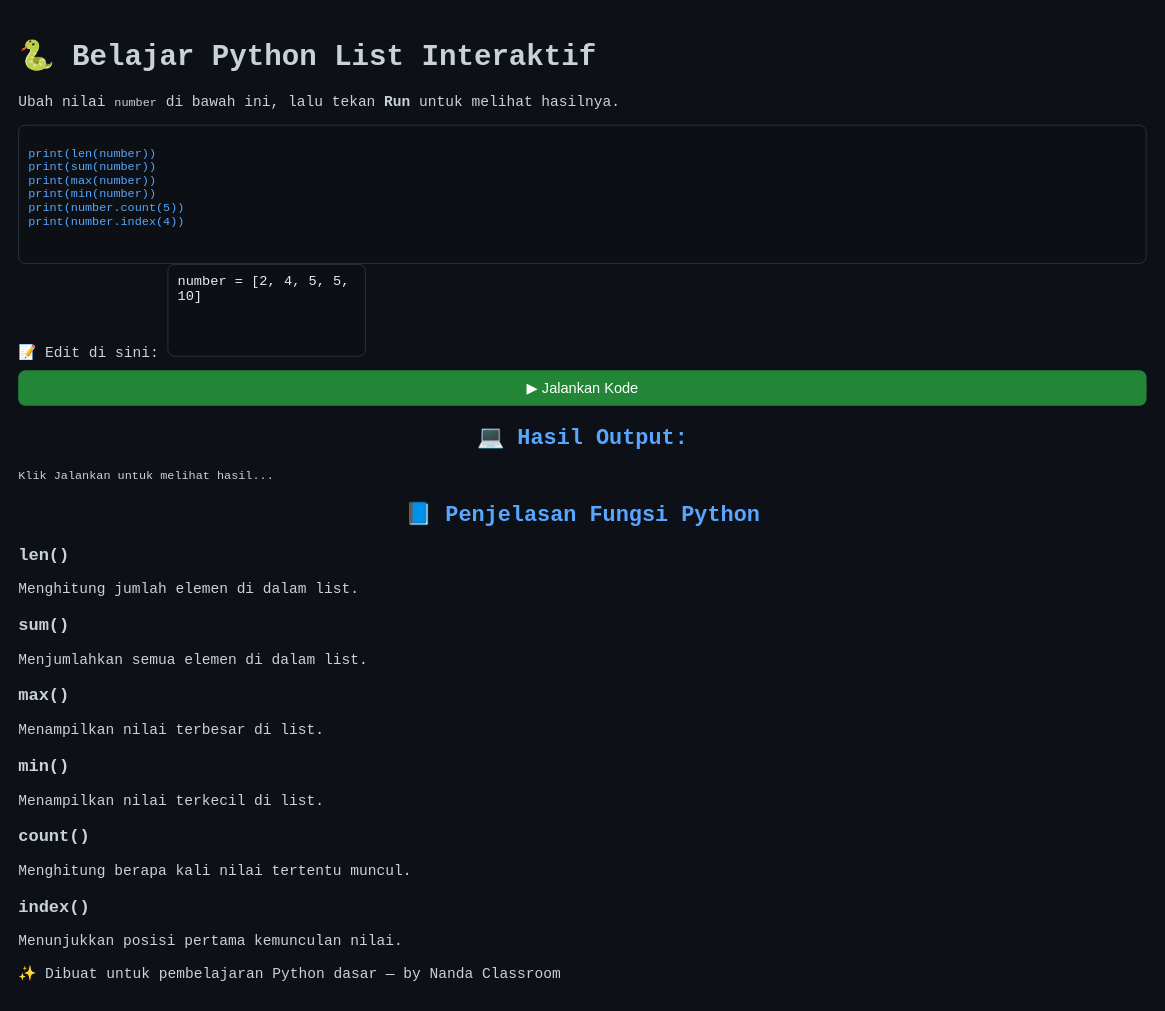
Repository: smkmutipugademak/Array
Page: index.html
These files come from the project's save history. The page is drawn as it stood at one moment and after the next save; the edit follows.
The browser window is 1280 px wide. The pictures show the whole page, at 91% of full size.

Above is the page before, as saved 2025-11-11 04:33:17.

### index.html
<!DOCTYPE html>
<html lang="id">

<head>
    <meta charset="UTF-8">
    <meta name="viewport" content="width=device-width, initial-scale=1.0">
    <title>Kelas Interaktif Python - Belajar List</title>
    <link rel="stylesheet" href="style.css">
</head>

<body>
    <div class="app-container">
        <header>
            <h1>🐍 Belajar Python List Interaktif</h1>
            <p>Ubah nilai <code>number</code> di bawah ini, lalu tekan <b>Run</b> untuk melihat hasilnya.</p>
        </header>

        <section class="editor-section">
            <div class="code-wrapper">
                <div class="readonly-code">
                    <pre>
print(len(number))
print(sum(number))
print(max(number))
print(min(number))
print(number.count(5))
print(number.index(4))
          </pre>
                </div>

                <div class="editable-area">
                    <label for="editable">📝 Edit di sini:</label>
                    <textarea id="editable">number = [2, 4, 5, 5, 10]</textarea>
                </div>
            </div>

            <button id="runBtn">▶ Jalankan Kode</button>
        </section>

        <section class="output-section">
            <h2>💻 Hasil Output:</h2>
            <pre id="output">Klik Jalankan untuk melihat hasil...</pre>
        </section>

        <section class="learning-section">
            <h2>📘 Penjelasan Fungsi Python</h2>
            <div class="info-grid">
                <div class="card">
                    <h3>len()</h3>
                    <p>Menghitung jumlah elemen di dalam list.</p>
                </div>
                <div class="card">
                    <h3>sum()</h3>
                    <p>Menjumlahkan semua elemen di dalam list.</p>
                </div>
                <div class="card">
                    <h3>max()</h3>
                    <p>Menampilkan nilai terbesar di list.</p>
                </div>
                <div class="card">
                    <h3>min()</h3>
                    <p>Menampilkan nilai terkecil di list.</p>
                </div>
                <div class="card">
                    <h3>count()</h3>
                    <p>Menghitung berapa kali nilai tertentu muncul.</p>
                </div>
                <div class="card">
                    <h3>index()</h3>
                    <p>Menunjukkan posisi pertama kemunculan nilai.</p>
                </div>
            </div>
        </section>

        <footer>
            <p>✨ Dibuat untuk pembelajaran Python dasar — by Nanda Classroom</p>
        </footer>
    </div>

    <script src="https://cdn.jsdelivr.net/pyodide/v0.24.1/full/pyodide.mjs" type="module"></script>
    <script type="module" src="script.js"></script>
</body>

</html>

### style.css
body {
    background-color: #0d1117;
    color: #c9d1d9;
    font-family: 'Fira Code', monospace;
    margin: 0;
    padding: 20px;
}

.container {
    max-width: 800px;
    margin: auto;
    background: #161b22;
    padding: 20px;
    border-radius: 12px;
    box-shadow: 0 0 20px #00000055;
}

h2 {
    text-align: center;
    color: #58a6ff;
}

.editor-box {
    display: flex;
    flex-direction: column;
    gap: 10px;
    margin-top: 15px;
}

.readonly-code {
    background: #0c0f13;
    padding: 10px;
    border-radius: 8px;
    border: 1px solid #30363d;
    color: #58a6ff;
}

textarea {
    background: #0c0f13;
    color: #e6edf3;
    border: 1px solid #30363d;
    border-radius: 8px;
    padding: 10px;
    height: 80px;
    resize: none;
    font-family: 'Fira Code', monospace;
    font-size: 15px;
}

button {
    display: block;
    width: 100%;
    background: #238636;
    color: white;
    border: none;
    padding: 10px;
    border-radius: 8px;
    font-size: 16px;
    margin-top: 10px;
    cursor: pointer;
    transition: 0.3s;
}

button:hover {
    background: #2ea043;
}

.output-box {
    background: #0c0f13;
    border: 1px solid #30363d;
    border-radius: 8px;
    padding: 10px;
    margin-top: 20px;
}

.explanation {
    background: #1a1f27;
    padding: 15px;
    border-radius: 8px;
    margin-top: 20px;
    border-left: 4px solid #58a6ff;
}

### script.js
document.getElementById("runBtn").addEventListener("click", () => {
    const userCode = document.getElementById("editable").value;
    const baseCode = `
${userCode}
print(len(number))
print(sum(number))
print(max(number))
print(min(number))
print(number.count(5))
print(number.index(4))
`;

    runPython(baseCode);
});

async function runPython(code) {
    const output = document.getElementById("output");
    output.textContent = "⏳ Menjalankan kode...";

    try {
        // Gunakan Pyodide (Python di browser)
        if (!window.pyodide) {
            output.textContent = "🔄 Memuat Python...";
            window.pyodide = await loadPyodide();
        }

        let result = await window.pyodide.runPythonAsync(code);
        output.textContent = result || "✅ Kode berhasil dijalankan tanpa output tambahan.";
    } catch (err) {
        output.textContent = "❌ Error:\n" + err;
    }
}

// Load Pyodide
import("https://cdn.jsdelivr.net/pyodide/v0.24.1/full/pyodide.mjs");

After the next save:
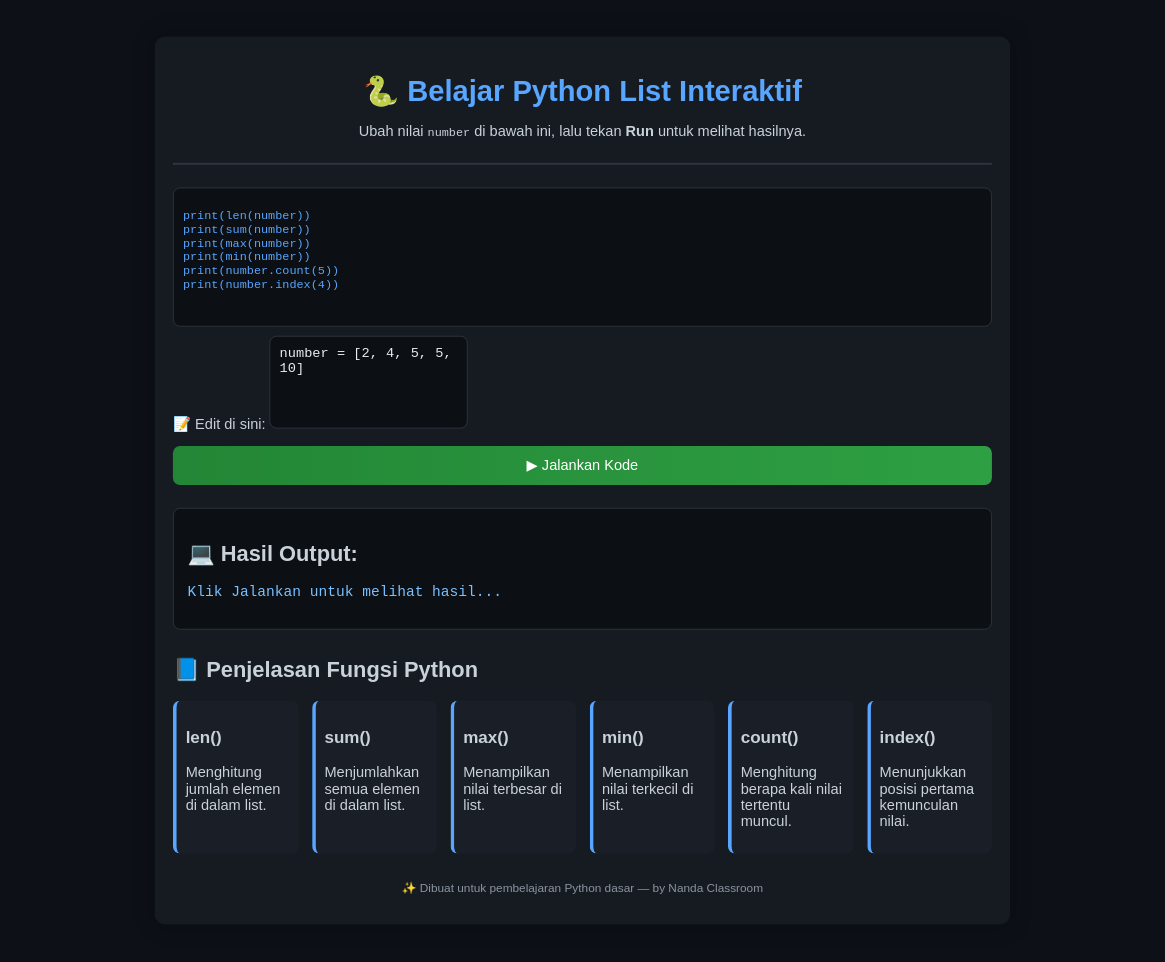
Saved 11 s later.
--- a/style.css
+++ b/style.css
@@ -1,82 +1,122 @@
 body {
+    margin: 0;
+    font-family: 'Poppins', sans-serif;
     background-color: #0d1117;
     color: #c9d1d9;
-    font-family: 'Fira Code', monospace;
-    margin: 0;
-    padding: 20px;
 }
 
-.container {
-    max-width: 800px;
-    margin: auto;
-    background: #161b22;
+.app-container {
+    max-width: 900px;
+    margin: 40px auto;
     padding: 20px;
+    background-color: #161b22;
     border-radius: 12px;
-    box-shadow: 0 0 20px #00000055;
+    box-shadow: 0 0 25px #00000055;
 }
 
-h2 {
+header {
     text-align: center;
-    color: #58a6ff;
+    border-bottom: 2px solid #30363d;
+    padding-bottom: 10px;
 }
 
-.editor-box {
+header h1 {
+    color: #58a6ff;
+    margin-bottom: 5px;
+}
+
+.editor-section {
+    margin-top: 25px;
+}
+
+.code-wrapper {
     display: flex;
     flex-direction: column;
     gap: 10px;
-    margin-top: 15px;
 }
 
 .readonly-code {
     background: #0c0f13;
+    border-radius: 8px;
     padding: 10px;
-    border-radius: 8px;
+    font-family: 'Fira Code', monospace;
     border: 1px solid #30363d;
     color: #58a6ff;
 }
 
 textarea {
     background: #0c0f13;
-    color: #e6edf3;
     border: 1px solid #30363d;
     border-radius: 8px;
+    color: #e6edf3;
     padding: 10px;
+    font-size: 15px;
+    font-family: 'Fira Code', monospace;
     height: 80px;
     resize: none;
-    font-family: 'Fira Code', monospace;
-    font-size: 15px;
 }
 
 button {
-    display: block;
-    width: 100%;
-    background: #238636;
+    margin-top: 15px;
+    background: linear-gradient(90deg, #238636, #2ea043);
     color: white;
     border: none;
-    padding: 10px;
     border-radius: 8px;
+    padding: 12px 20px;
     font-size: 16px;
-    margin-top: 10px;
     cursor: pointer;
+    width: 100%;
     transition: 0.3s;
 }
 
 button:hover {
-    background: #2ea043;
+    transform: scale(1.02);
+    background: linear-gradient(90deg, #2ea043, #3fb950);
 }
 
-.output-box {
+.output-section {
+    margin-top: 25px;
     background: #0c0f13;
+    border-radius: 8px;
+    padding: 15px;
     border: 1px solid #30363d;
+}
+
+#output {
+    font-family: 'Fira Code', monospace;
+    color: #79c0ff;
+    white-space: pre-wrap;
+    transition: all 0.4s;
+}
+
+.learning-section {
+    margin-top: 30px;
+}
+
+.info-grid {
+    display: grid;
+    grid-template-columns: repeat(auto-fit, minmax(130px, 1fr));
+    gap: 15px;
+    margin-top: 10px;
+}
+
+.card {
+    background: #1a1f27;
+    border-left: 4px solid #58a6ff;
     border-radius: 8px;
     padding: 10px;
-    margin-top: 20px;
+    text-align: left;
+    transition: 0.3s;
 }
 
-.explanation {
-    background: #1a1f27;
-    padding: 15px;
-    border-radius: 8px;
-    margin-top: 20px;
-    border-left: 4px solid #58a6ff;
+.card:hover {
+    transform: translateY(-3px);
+    background: #21262d;
 }
+
+footer {
+    text-align: center;
+    margin-top: 30px;
+    font-size: 13px;
+    color: #8b949e;
+}
